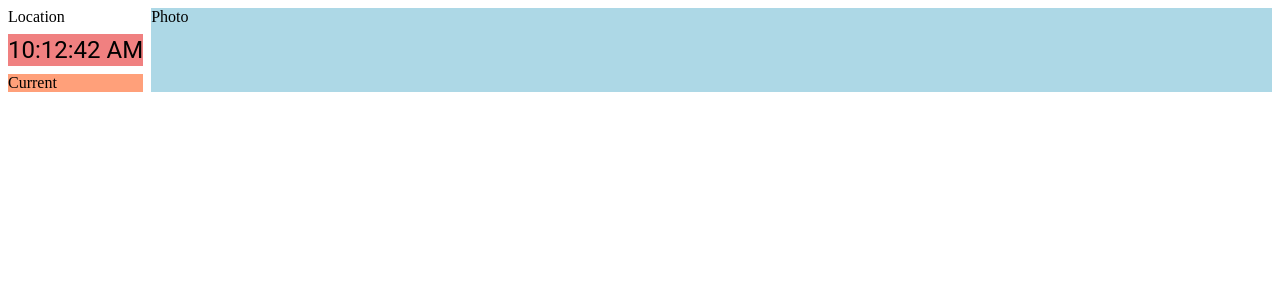
Repository: songvi/meteo
Page: /
The author's editor kept a copy of each file at every save. The page is drawn from the files as they stood at one save, then again after the next save.
The browser window is 1280 px wide. The pictures show the whole page.
The project was rebuilt for these pictures with package versions that can differ from the ones it lists, and the page was loaded fresh each time. Also part of the build but not shown: src/App.css.

Above is the page before, as saved 2023-04-02 23:30:34.

After the next save:
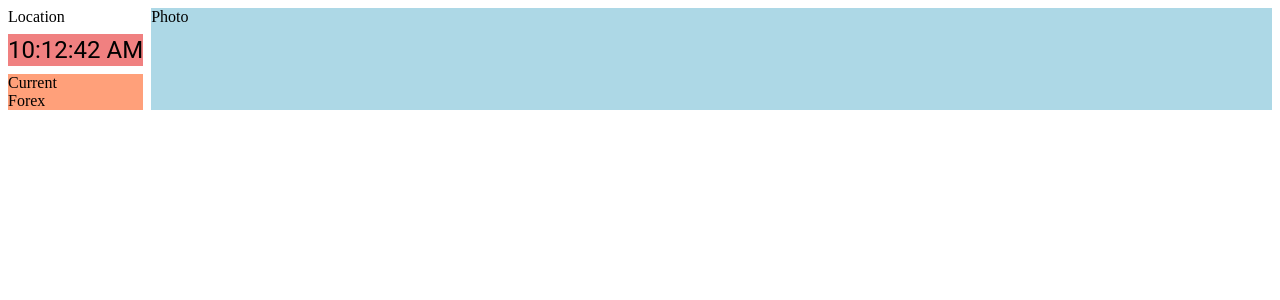
Saved 9 s later.
--- a/src/features/meteo/Meteo.tsx
+++ b/src/features/meteo/Meteo.tsx
@@ -1,12 +1,13 @@
 import { Box } from '@mui/material';
 import React from 'react';
 import Current from './Current';
+import Forex from './Forex';
 
 const Meteo = () => {
   return (
     <Box justifyContent={'center'} bgcolor={'lightsalmon'}>
       <Current />
-
+      <Forex />
     </Box>
   )
 }
